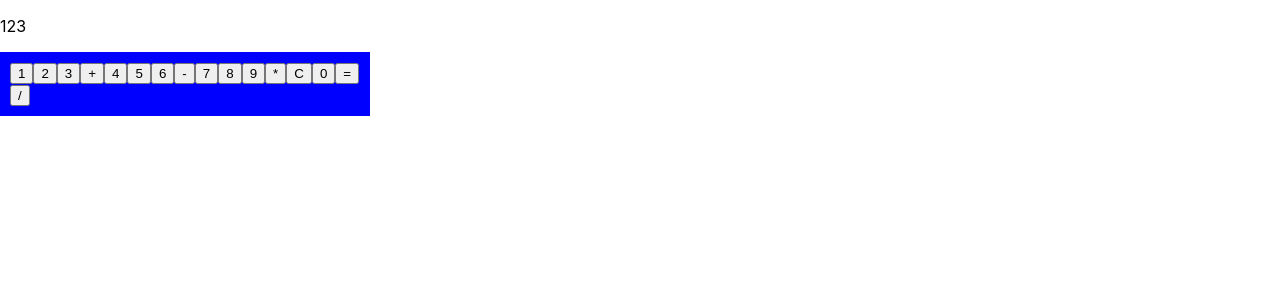
Repository: qudos4real/calculator
Page: /
These files come from the project's save history. The page is drawn as it stood at one moment and after the next save; the edit follows.
The browser window is 1280 px wide. The pictures show the whole page.
The project was rebuilt for these pictures with package versions that can differ from the ones it lists, and the page was loaded fresh each time.

Above is the page before, as saved 2022-10-09 02:14:50.

### src/index.css
body {
  margin: 0;
  font-family: -apple-system, BlinkMacSystemFont, 'Segoe UI', 'Roboto', 'Oxygen',
    'Ubuntu', 'Cantarell', 'Fira Sans', 'Droid Sans', 'Helvetica Neue',
    sans-serif;
  -webkit-font-smoothing: antialiased;
  -moz-osx-font-smoothing: grayscale;
}

code {
  font-family: source-code-pro, Menlo, Monaco, Consolas, 'Courier New',
    monospace;
}
   border: 10px solid black;

### src/App.js
import Buttons from "./components/Buttons";
import Screen from "./components/Screen";





function App() {
  return (
    <div>
      <Screen />
         <Buttons />
    </div>
  );
}

export default App;

### src/components/Buttons.js
import React from "react";
import "./Buttons.css";

const numbers = [
  [1, 2, 3, "+"],
  [4, 5, 6, "-"],
  [7, 8, 9, "*"],
  ["C", 0, "=", "/"],
];


function Buttons({value, onClick}) {
  return (
    <div className="buttonWrapper">
      {numbers.flat().map((num) => {
        return (
          <button>{num}</button>
        )
      })
      }
            {/* {numbers.map((num) => {
                return (
                    <button key={num} className="num" value={num} onClick={() => {
                        console.log(`${num} clicked`)
                    }
                    } >{num}</button>
                )
            })} */}
    </div>
  );
}

export default Buttons;

### src/components/Screen.js


import React from 'react'

function Screen() {
    return (
        <div className='screen'>
           <p>123</p>
        </div>
    )
}

export default Screen

### src/components/Buttons.css
.buttonWrapper {
    width: 350px;
    padding: 10px;
    background-color: blue;
}
.num {
    width: 25%;
}

Loaded but not shown: public/index.html (common file); src/index.js (common file)

After the next save:
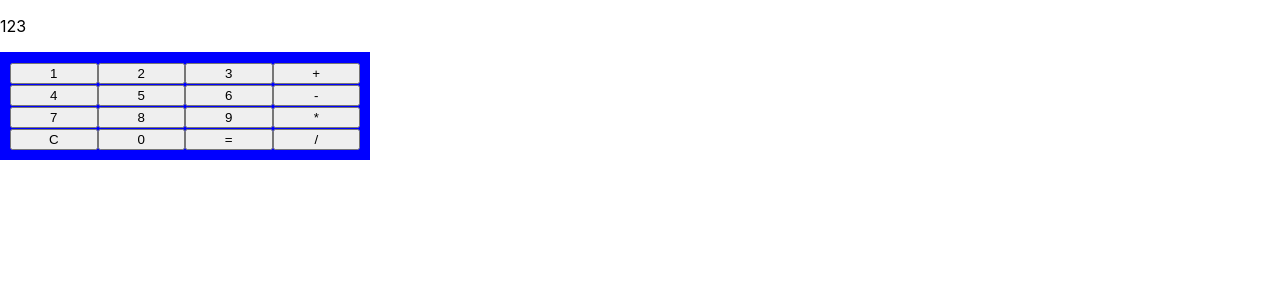
Saved 83 s later.
--- a/src/components/Buttons.js
+++ b/src/components/Buttons.js
@@ -14,7 +14,7 @@ function Buttons({value, onClick}) {
     <div className="buttonWrapper">
       {numbers.flat().map((num) => {
         return (
-          <button>{num}</button>
+          <button className="num">{num}</button>
         )
       })
       }
